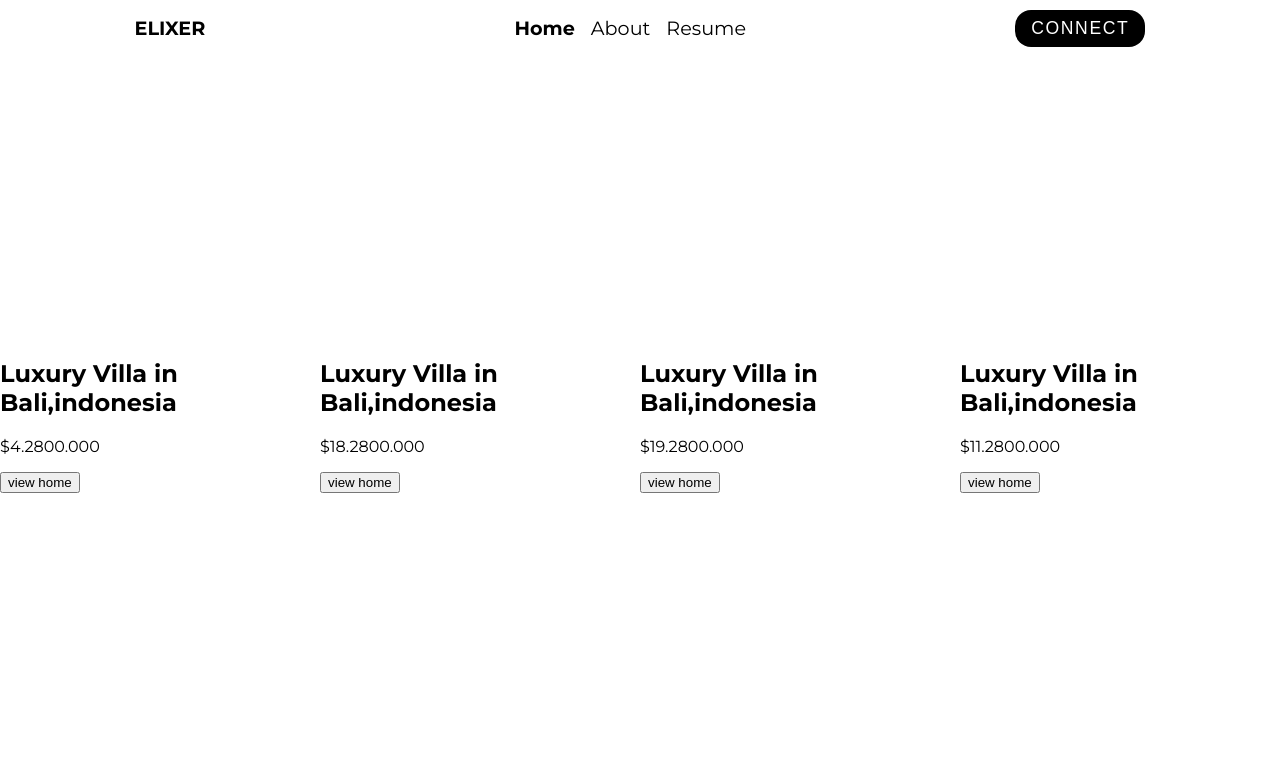
Repository: OmniaRafat232111121/ReactReal_stateanimation
Page: / (app in ReactReal_STate-main/)
An editor plug-in stored every save of this project. The page is shown before and after a run of saves, followed by the edit.
The browser window is 1280 px wide. The pictures show the whole page.
The project was rebuilt for these pictures with package versions that can differ from the ones it lists, and the page was loaded fresh each time. Imported but missing from the stored project, and not drawn on this page: ReactReal_STate-main/src/assets/imgOne jpg.

Above is the page before, as saved 2022-09-03 03:03:11.

### ReactReal_STate-main/public/index.html
<!DOCTYPE html>
<html lang="en">
  <head>
    <meta charset="utf-8" />
    <link rel="icon" href="%PUBLIC_URL%/favicon.ico" />
    <meta name="viewport" content="width=device-width, initial-scale=1" />
    <meta name="theme-color" content="#000000" />
    <meta
      name="description"
      content="Web site created using create-react-app"
    />
    <link rel="apple-touch-icon" href="%PUBLIC_URL%/logo192.png" />
    <!--
      manifest.json provides metadata used when your web app is installed on a
      user's mobile device or desktop. See https://developers.google.com/web/fundamentals/web-app-manifest/
    -->
    <link rel="manifest" href="%PUBLIC_URL%/manifest.json" />
    <!--
      Notice the use of %PUBLIC_URL% in the tags above.
      It will be replaced with the URL of the `public` folder during the build.
      Only files inside the `public` folder can be referenced from the HTML.

      Unlike "/favicon.ico" or "favicon.ico", "%PUBLIC_URL%/favicon.ico" will
      work correctly both with client-side routing and a non-root public URL.
      Learn how to configure a non-root public URL by running `npm run build`.
    -->
    <title>React App</title>
    <link rel="preconnect" href="https://fonts.googleapis.com">
<link rel="preconnect" href="https://fonts.gstatic.com" crossorigin>
<link href="https://fonts.googleapis.com/css2?family=Be+Vietnam+Pro:wght@100&family=Montserrat:wght@400;700&display=swap" rel="stylesheet">
  </head>
  <body>
    <noscript>You need to enable JavaScript to run this app.</noscript>
    <div id="root"></div>
    <!--
      This HTML file is a template.
      If you open it directly in the browser, you will see an empty page.

      You can add webfonts, meta tags, or analytics to this file.
      The build step will place the bundled scripts into the <body> tag.

      To begin the development, run `npm start` or `yarn start`.
      To create a production bundle, use `npm run build` or `yarn build`.
    -->
  </body>
</html>

### ReactReal_STate-main/src/App.js
import logo from './logo.svg';
import './App.css';
import Navbar from './components/Navbar';
import Hero from './components/Hero';
import { SliderData } from './Data/SliderData';

function App() {
  return (
<div className="App">
 <Navbar/>
 <Hero slides={SliderData}/>
    </div>
  );
}

export default App;

### ReactReal_STate-main/src/App.css
.App {
  font-family: 'Montserrat', sans-serif;
}

### ReactReal_STate-main/src/components/Navbar.jsx
import React, { useState } from "react";
import styled from "styled-components";
import { GiHamburgerMenu } from "react-icons/gi";
import { VscChromeClose } from "react-icons/vsc";
export default function Navbar() {
  const [navbarState, setNavbarState] = useState(false);
  return (
    <>
      <Nav>
        <div className="brand">
          <div className="container">
          ELIXER
          </div>
          <div className="toggle">
            {navbarState ? (
              <VscChromeClose onClick={() => setNavbarState(false)} />
            ) : (
              <GiHamburgerMenu onClick={() => setNavbarState(true)} />
            )}
          </div>
        </div>

        <ul>
          <li>
            <a href="#home">Home</a>
          </li>
          <li>
            <a href="#services">About</a>
          </li>
          <li>
            <a href="#resume">Resume</a>
          </li>

        </ul>
        <button>Connect</button>
      </Nav>
      <ResponsiveNav state={navbarState}>
        <ul>
          <li>
            <a href="#home" onClick={() => setNavbarState(false)}>
              Home
            </a>
          </li>
          <li>
            <a href="#services" onClick={() => setNavbarState(false)}>
              About
            </a>
          </li>
          <li>
            <a href="#resume" onClick={() => setNavbarState(false)}>
            Resume
            </a>
          </li>

        </ul>
      </ResponsiveNav>
    </>
  );
}

const Nav = styled.nav`
  display: flex;
  justify-content: space-around;
  align-items: center;
  font-family: 'Montserrat', sans-serif;
  .brand {
    .container {
      cursor: pointer;
      display: flex;
      justify-content: center;
      align-items: center;
      gap: 0.4rem;
      font-size: 1.2rem;
      font-weight: 900;
      text-transform: uppercase;
    }
    .toggle {
      display: none;
    }
  }
  ul {
    display: flex;
    gap: 1rem;
    list-style-type: none;
    li {
      a {
        text-decoration: none;
        color: #000;
        font-size: 1.2rem;
        transition: 0.1s ease-in-out;
        &:hover {
          color: #023e8a;
        }
      }
      &:first-of-type {
        a {
          color: #000;
          font-weight: 900;
        }
      }
    }
  }
  button {
    padding: 0.5rem 1rem;
    cursor: pointer;
    border-radius: 1rem;
    border: none;
    color: white;
    background-color: #000;
    font-size: 1.1rem;
    letter-spacing: 0.1rem;
    text-transform: uppercase;
    transition: 0.3s ease-in-out;
    &:hover {
      background-color: #0235e0;
    }
  }
  @media screen and (min-width: 280px) and (max-width: 1080px) {
    .brand {
      display: flex;
      justify-content: space-between;
      align-items: center;
      width: 100%;
      .toggle {
        display: block;
        font-size:30px;
      }
    }
    ul {
      display: none;
    }
    button {
      display: none;
    }
  }
`;

const ResponsiveNav = styled.div`
  display: flex;
  position: absolute;
  z-index: 1;
  top: ${({ state }) => (state ? "50px" : "-400px")};
  background-color: white;
  height: 30vh;
  width: 100%;
  align-items: center;
  transition: 0.3s ease-in-out;
  ul {
    list-style-type: none;
    width: 100%;
    li {
      width: 100%;
      margin: 1rem 0;
      margin-left: 2rem;
      a {
        text-decoration: none;
        font-size: 1.2rem;
        transition: 0.1s ease-in-out;
        &:hover {
          color: #023e8a;
        }
      }
      &:first-of-type {
        a {
          color: #000;
          font-weight: 900;
        }
      }
    }
  }
`;

### ReactReal_STate-main/src/components/Hero.jsx
import React from 'react'
import styled,{css} from 'styled-components/macro'
const HeroSection=styled.section `
height:100vh;
max-height:1100vh;
position:relative;
overflow:hidden;

`;
const HeroWrapper=styled.div`
width:100%;
height:100%;
display:flex;
justify-content:center;
align-items: center;
position:relative;
`;

const HeroSlide=styled.div``;
const HeroSlider=styled.div``;
const HeroImage=styled.div``;
const HeroContent=styled.div``;
const button=styled.div`
    padding: 0.5rem 1rem;
    cursor: pointer;
    border-radius: 1rem;
    border: none;
    color: white;
    background-color: #000;
    font-size: 1.1rem;
    letter-spacing: 0.1rem;
    text-transform: uppercase;
    transition: 0.3s ease-in-out;
    &:hover {
      background-color: #0235e0;
    }`;
const Hero = ({slides}) => {
  return (
   <HeroSection>
   <HeroWrapper>
   {slides.map((slide,index)=>{
    return(
       <HeroSlide key={index}>
          <HeroSlider>
          <HeroImage/>
          <HeroContent>
          <h1>{slide.title}</h1>
          <p>{slide.price}</p>
          <button to={slide.path}>{slide.label}</button>
          </HeroContent>
          </HeroSlider>
       </HeroSlide>
    );
   })}
   </HeroWrapper>
   </HeroSection>
  )
}

export default Hero

### ReactReal_STate-main/src/Data/SliderData.js
import ImageOne from '../assets/imgOne jpg';
import ImageTwo from '../assets/imgTwo.jpg';
import ImageThree from '../assets/imgThree.jpg';
import ImageFour from '../assets/imgFour.jpg';
export const SliderData=[
{
title:'Luxury Villa in Bali,indonesia',
price:'$4.2800.000',
path:'/homes',
label:'view home',
image:ImageOne,
alt:'House'
},
{
    title:'Luxury Villa in Bali,indonesia',
    price:'$18.2800.000',
    path:'/homes',
    label:'view home',
    image:ImageTwo,
    alt:'House'

    },
{
        title:'Luxury Villa in Bali,indonesia',
        price:'$19.2800.000',
        path:'/homes',
        label:'view home',
        image:ImageThree,
        alt:'House'

    },
    {
        title:'Luxury Villa in Bali,indonesia',
        price:'$11.2800.000',
        path:'/homes',
        label:'view home',
        image:ImageFour,
        alt:'House'

        },

];

// const SliderDataTwo=[
//     {
// title:'Luxury Villa in Bali,indonesia',
// price:'$14.2800.000',
// path:'/homes',
// label:'view home',
// image:ImageFive,
// alt:'House'

// },
// {
//     title:'Luxury Villa in Bali,indonesia',
//     price:'$48.2800.000',
//     path:'/homes',
//     label:'view home',
//     image:ImageSex,
//     alt:'House'

//     },
// {
//         title:'Luxury Villa in Bali,indonesia',
//         price:'$12.2800.000',
//         path:'/homes',
//         label:'view home',
//         image:ImageSeven,
//         alt:'House'

//     }
// ];

Loaded but not shown: ReactReal_STate-main/src/index.js (common file); ReactReal_STate-main/src/index.css (common file); ReactReal_STate-main/src/reportWebVitals.js (common file)

After the next 6 saves:
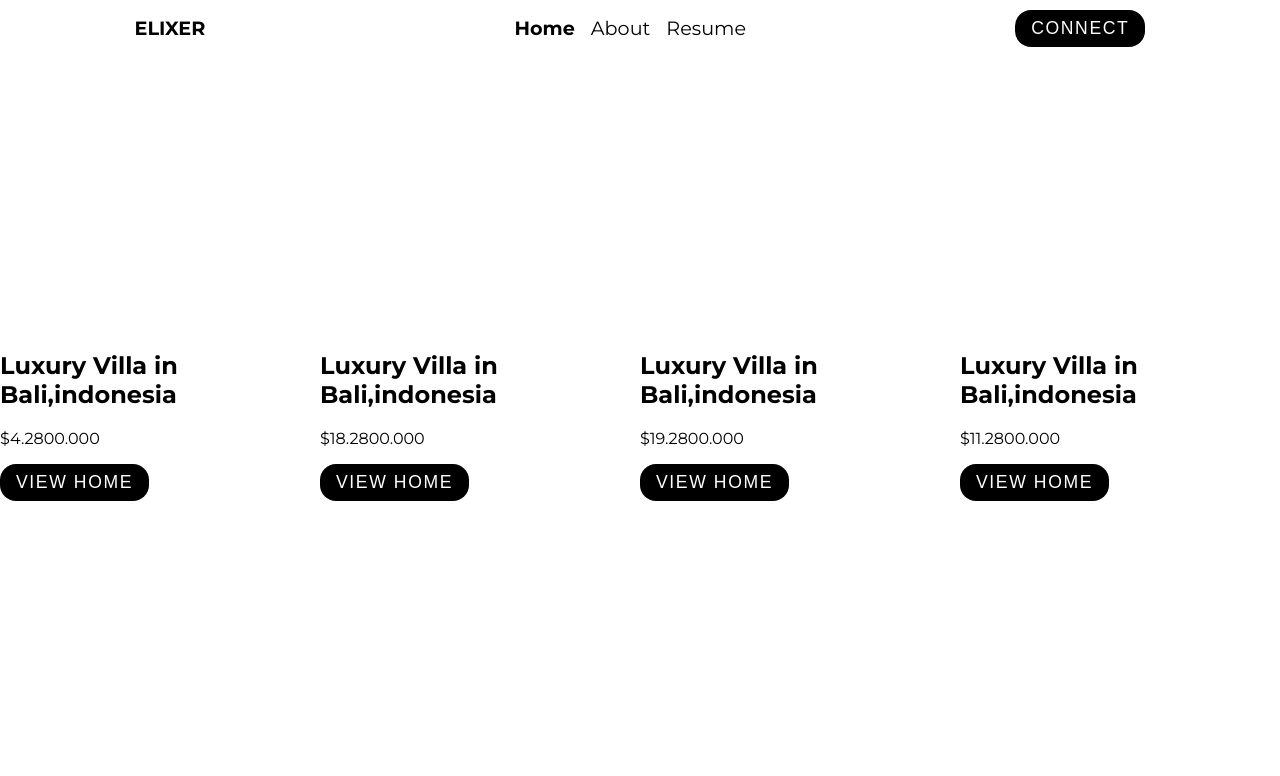
The 6 saves are shown as one change because 1 did not build or start and some came seconds apart.
The last was saved 29 s later.
--- a/ReactReal_STate-main/src/components/Hero.jsx
+++ b/ReactReal_STate-main/src/components/Hero.jsx
@@ -20,7 +20,7 @@ const HeroSlide=styled.div``;
 const HeroSlider=styled.div``;
 const HeroImage=styled.div``;
 const HeroContent=styled.div``;
-const button=styled.div`
+const Button=styled.button`
     padding: 0.5rem 1rem;
     cursor: pointer;
     border-radius: 1rem;
@@ -46,7 +46,7 @@ const Hero = ({slides}) => {
           <HeroContent>
           <h1>{slide.title}</h1>
           <p>{slide.price}</p>
-          <button to={slide.path}>{slide.label}</button>
+          <Button to={slide.path}>{slide.label}</Button>
           </HeroContent>
           </HeroSlider>
        </HeroSlide>
